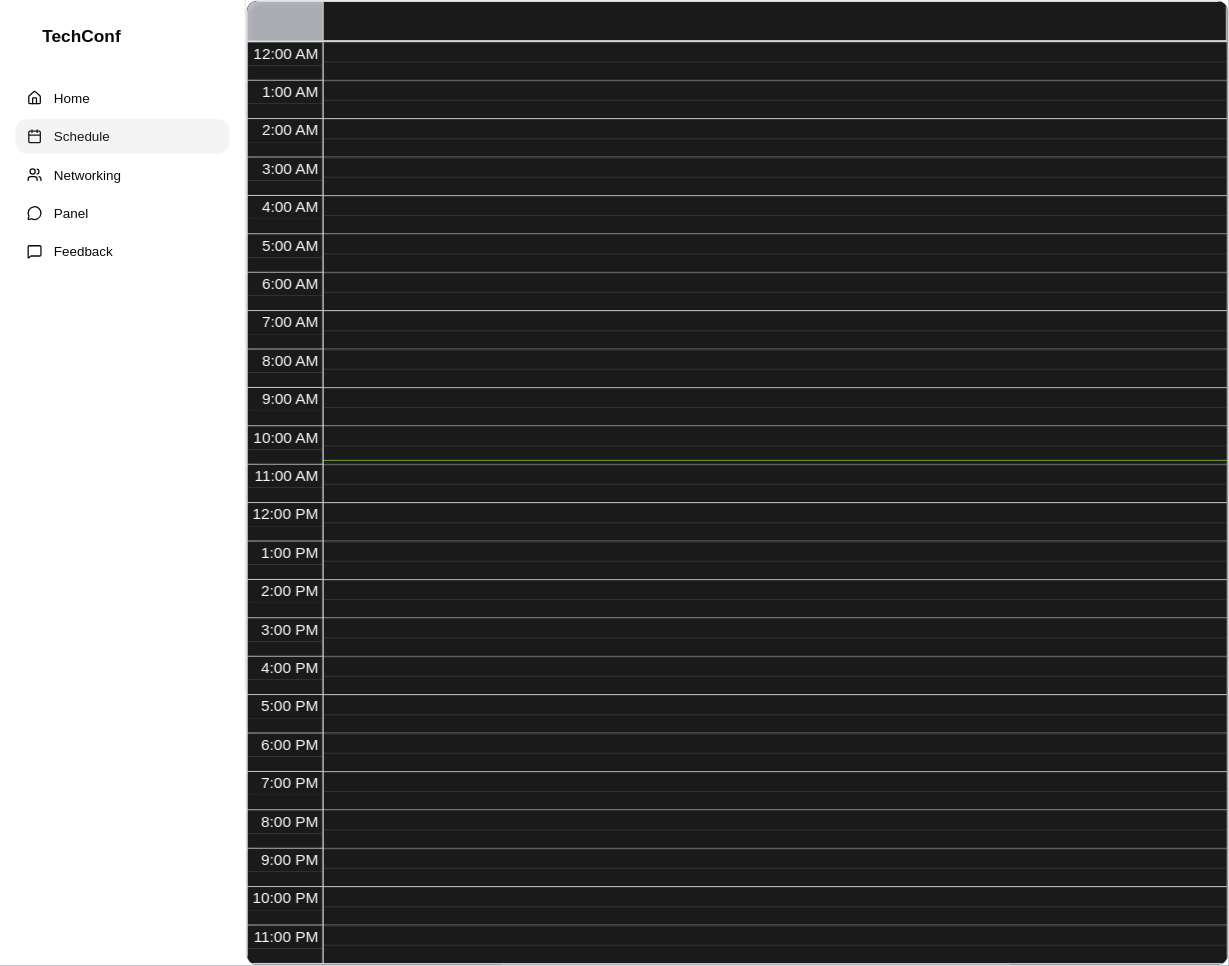
Repository: mrnavdal/symposium-2024
Page: /schedule (app in symposium24/)
The author's editor kept a copy of each file at every save. The page is drawn from the files as they stood at one save, then again after the next save.
The browser window is 1280 px wide. The pictures show the whole page, at 96% of full size.
The project was rebuilt for these pictures with package versions that can differ from the ones it lists, and the page was loaded fresh each time. The framework's server and built-in components were replaced by stand-ins that run in the browser. Also part of the build but not shown: symposium24/next.config.ts.

Above is the page before, as saved 2024-11-08 13:39:09.

After the next save:
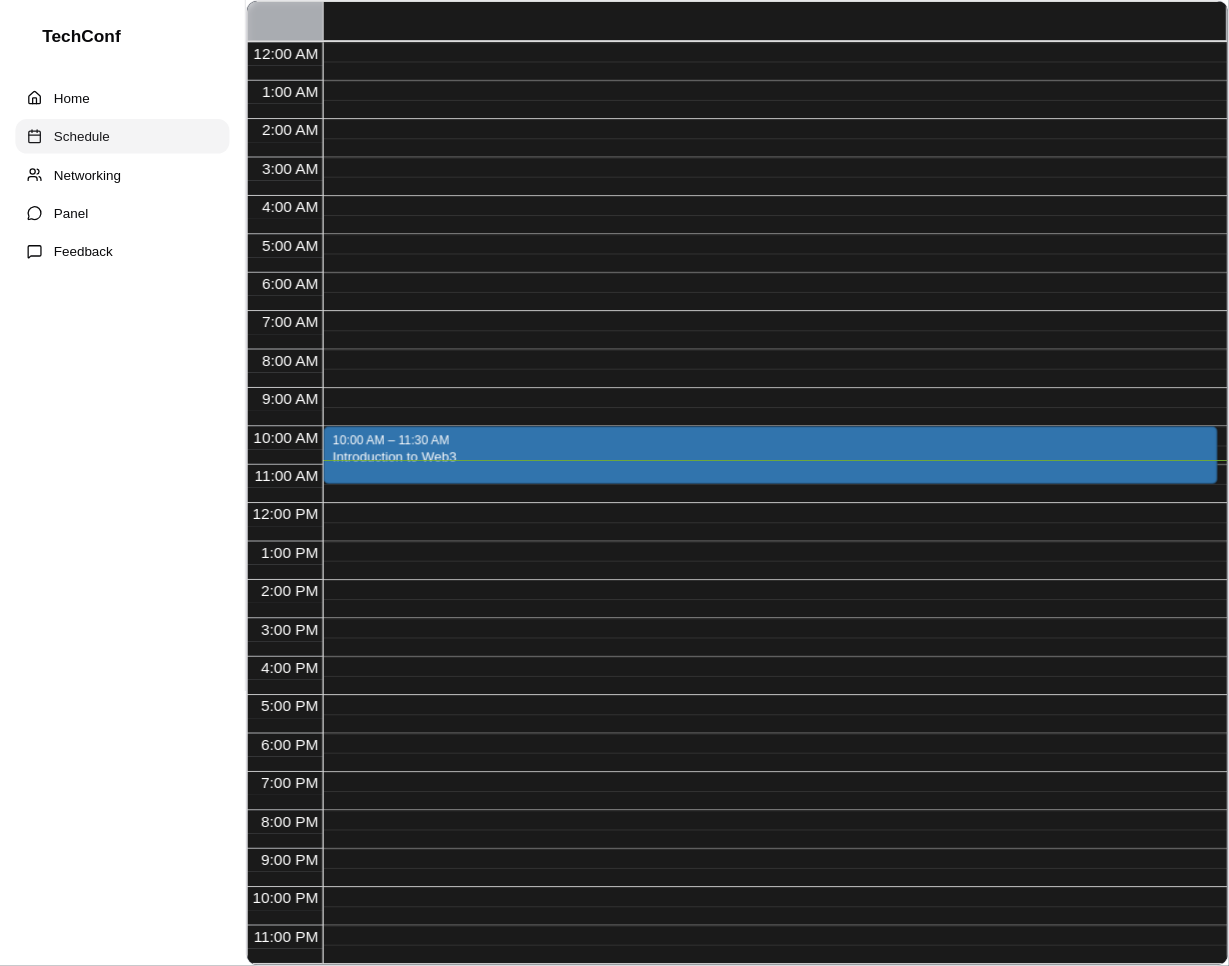
Saved 66 s later.
--- a/symposium24/src/data/events.ts
+++ b/symposium24/src/data/events.ts
@@ -5,8 +5,8 @@ export const events: CalendarEvent[] = [
     id: '1',
     title: 'Introduction to Web3',
     type: 'lecture',
-    start: new Date(2024, 11, 8, 10, 0),
-    end: new Date(2024, 11, 8, 11, 30),
+    start: new Date(2024, 10, 8, 10, 0),
+    end: new Date(2024, 10, 8, 11, 30),
     speaker: 'Jane Smith',
     location: 'Main Hall',
     description: 'An overview of Web3 technologies and their impact on the future of the internet.'
